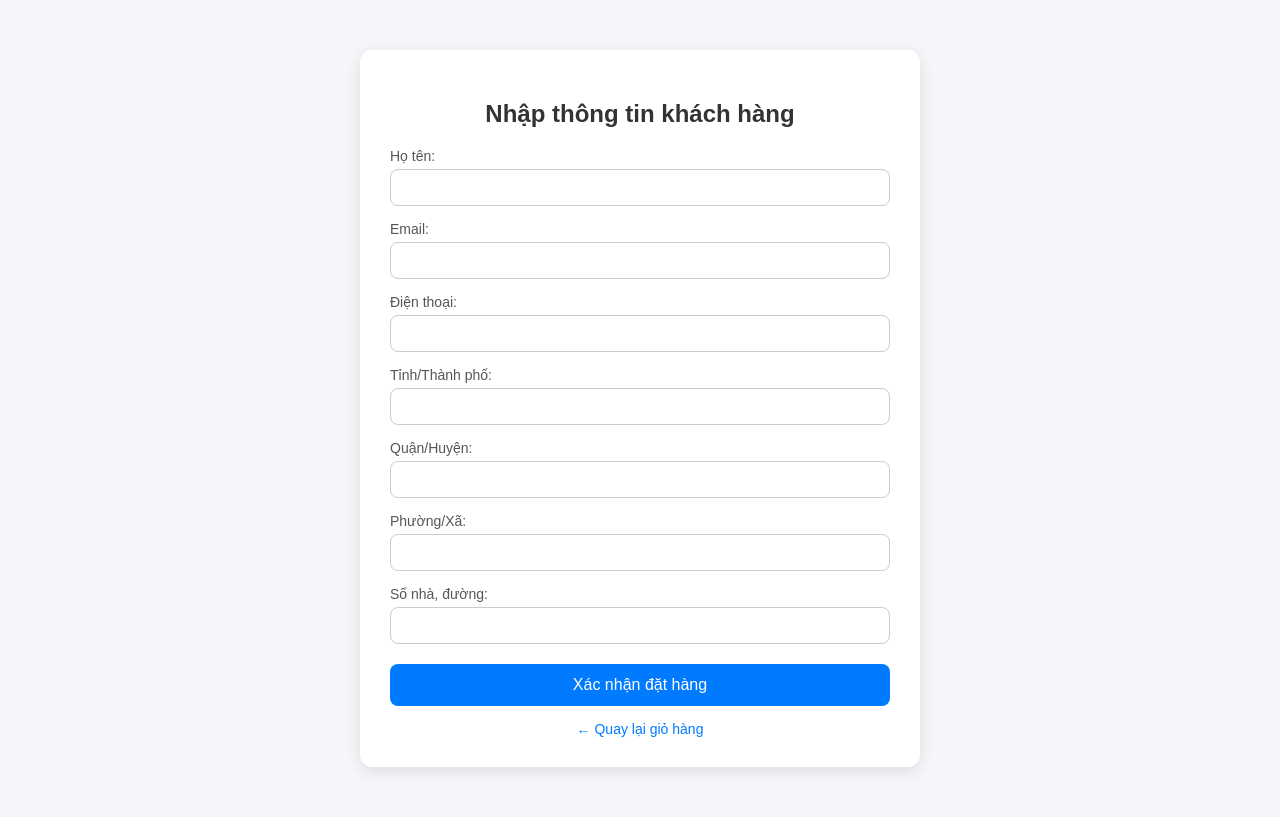
Repository: kienNB2005/QLBanHang
Page: http://localhost/views/client/order/info.php
The author's editor kept a copy of each file at every save. The page is drawn from the files as they stood at one save, then again after the next save.
The browser window is 1280 px wide. The pictures show the whole page.
The page is run by PHP 8.4 with error messages shown; the project is at /var/www/html/.

Above is the page before, as saved 2025-09-16 00:26:45.

### views/client/order/info.php
<?php
$cart = $_SESSION['cart_order'] ?? [];
?>

<!DOCTYPE html>
<html lang="vi">
<head>
    <meta charset="UTF-8">
    <title>Thông tin khách hàng</title>
    <style>
        body {
            font-family: Arial, sans-serif;
            background: #f4f6f9;
            margin: 0;
            padding: 0;
        }

        .container {
            width: 500px;
            margin: 50px auto;
            background: #fff;
            padding: 30px;
            border-radius: 12px;
            box-shadow: 0 4px 15px rgba(0,0,0,0.1);
        }

        h2 {
            text-align: center;
            margin-bottom: 20px;
            color: #333;
        }

        label {
            display: block;
            margin-bottom: 15px;
            font-size: 14px;
            color: #555;
        }

        input[type="text"],
        input[type="email"] {
            width: 100%;
            padding: 10px;
            margin-top: 5px;
            border: 1px solid #ccc;
            border-radius: 8px;
            box-sizing: border-box;
            transition: all 0.3s ease;
        }

        input:focus {
            border-color: #007bff;
            outline: none;
            box-shadow: 0 0 5px rgba(0,123,255,0.3);
        }

        button {
            display: block;
            width: 100%;
            background: #007bff;
            color: #fff;
            font-size: 16px;
            padding: 12px;
            border: none;
            border-radius: 8px;
            cursor: pointer;
            margin-top: 20px;
            transition: background 0.3s ease;
        }

        button:hover {
            background: #0056b3;
        }

        .back-link {
            display: block;
            text-align: center;
            margin-top: 15px;
            font-size: 14px;
        }

        .back-link a {
            color: #007bff;
            text-decoration: none;
        }

        .back-link a:hover {
            text-decoration: underline;
        }
    </style>
</head>
<body>
    <div class="container">
        <h2>Nhập thông tin khách hàng</h2>
        <form method="post" action="index.php?page=order&action=save">
            <label>Họ tên:
                <input type="text" name="customer_name" required>
            </label>
            <label>Email:
                <input type="email" name="email" required>
            </label>
            <label>Điện thoại:
                <input type="text" name="phone" required>
            </label>
            <label>Tỉnh/Thành phố:
                <input type="text" name="province" value="<?= htmlspecialchars($cart['province'] ?? '') ?>">
            </label>
            <label>Quận/Huyện:
                <input type="text" name="district" value="<?= htmlspecialchars($cart['district'] ?? '') ?>">
            </label>
            <label>Phường/Xã:
                <input type="text" name="ward" value="<?= htmlspecialchars($cart['ward'] ?? '') ?>">
            </label>
            <label>Số nhà, đường:
                <input type="text" name="street_address" value="<?= htmlspecialchars($cart['street_address'] ?? '') ?>">
            </label>
            <button type="submit">Xác nhận đặt hàng</button>
        </form>

        <div class="back-link">
            <a href="index.php?page=cart&action=index">← Quay lại giỏ hàng</a>
        </div>
    </div>
</body>
</html>

After the next save:
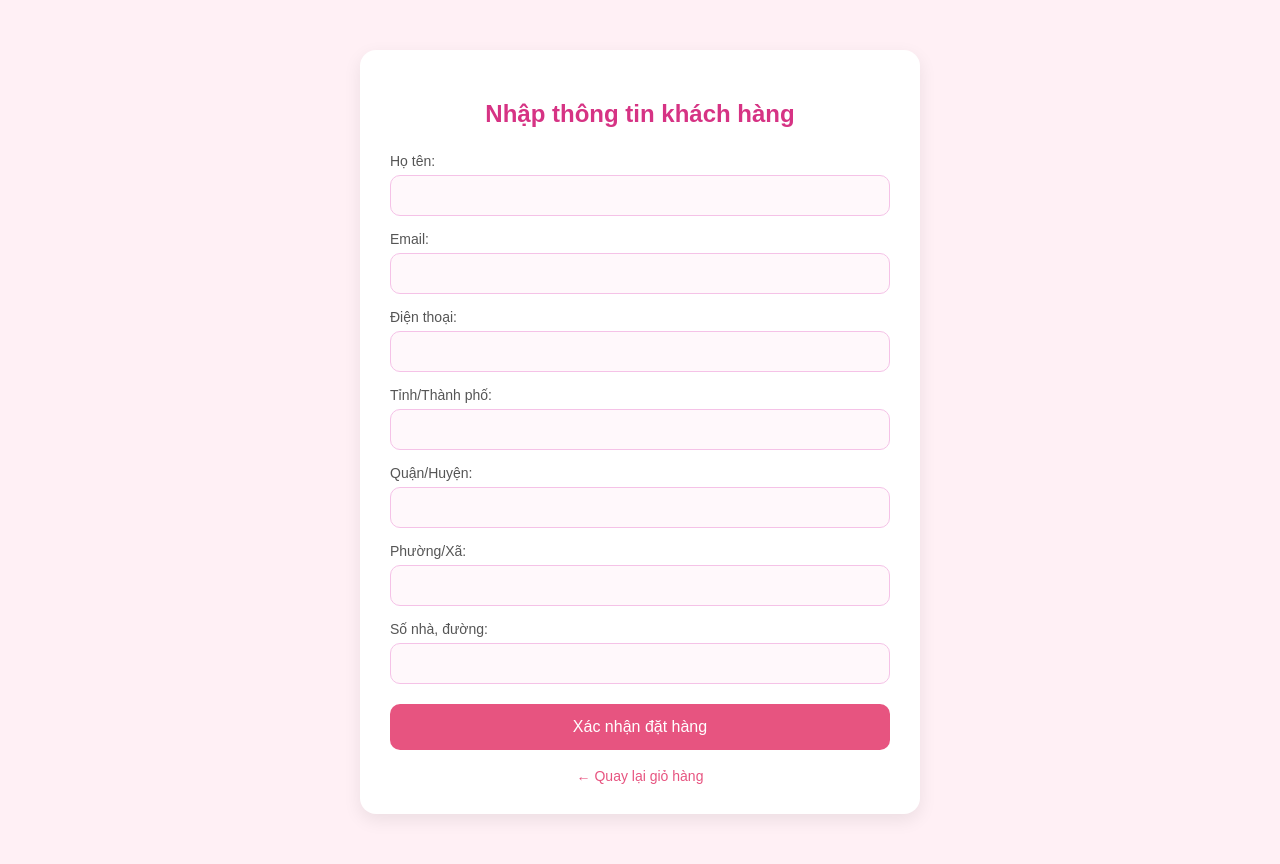
Saved 51 s later.
--- a/views/client/order/info.php
+++ b/views/client/order/info.php
@@ -9,8 +9,8 @@ $cart = $_SESSION['cart_order'] ?? [];
     <title>Thông tin khách hàng</title>
     <style>
         body {
-            font-family: Arial, sans-serif;
-            background: #f4f6f9;
+            font-family: 'Poppins', Arial, sans-serif;
+            background: #fff0f5; /* nền hồng pastel */
             margin: 0;
             padding: 0;
         }
@@ -20,14 +20,15 @@ $cart = $_SESSION['cart_order'] ?? [];
             margin: 50px auto;
             background: #fff;
             padding: 30px;
-            border-radius: 12px;
-            box-shadow: 0 4px 15px rgba(0,0,0,0.1);
+            border-radius: 16px;
+            box-shadow: 0 6px 18px rgba(0,0,0,0.08);
         }
 
         h2 {
             text-align: center;
-            margin-bottom: 20px;
-            color: #333;
+            margin-bottom: 25px;
+            color: #d63384; /* hồng đậm */
+            font-weight: 600;
         }
 
         label {
@@ -40,48 +41,52 @@ $cart = $_SESSION['cart_order'] ?? [];
         input[type="text"],
         input[type="email"] {
             width: 100%;
-            padding: 10px;
-            margin-top: 5px;
-            border: 1px solid #ccc;
-            border-radius: 8px;
+            padding: 12px;
+            margin-top: 6px;
+            border: 1px solid #f5c2e7;
+            border-radius: 10px;
             box-sizing: border-box;
+            background: #fff8fb;
             transition: all 0.3s ease;
         }
 
         input:focus {
-            border-color: #007bff;
+            border-color: #e75480;
             outline: none;
-            box-shadow: 0 0 5px rgba(0,123,255,0.3);
+            box-shadow: 0 0 6px rgba(231,84,128,0.4);
+            background: #fff;
         }
 
         button {
             display: block;
             width: 100%;
-            background: #007bff;
+            background: #e75480; /* hồng pastel */
             color: #fff;
             font-size: 16px;
-            padding: 12px;
+            font-weight: 500;
+            padding: 14px;
             border: none;
-            border-radius: 8px;
+            border-radius: 10px;
             cursor: pointer;
             margin-top: 20px;
             transition: background 0.3s ease;
         }
 
         button:hover {
-            background: #0056b3;
+            background: #d63384;
         }
 
         .back-link {
             display: block;
             text-align: center;
-            margin-top: 15px;
+            margin-top: 18px;
             font-size: 14px;
         }
 
         .back-link a {
-            color: #007bff;
+            color: #e75480;
             text-decoration: none;
+            font-weight: 500;
         }
 
         .back-link a:hover {
